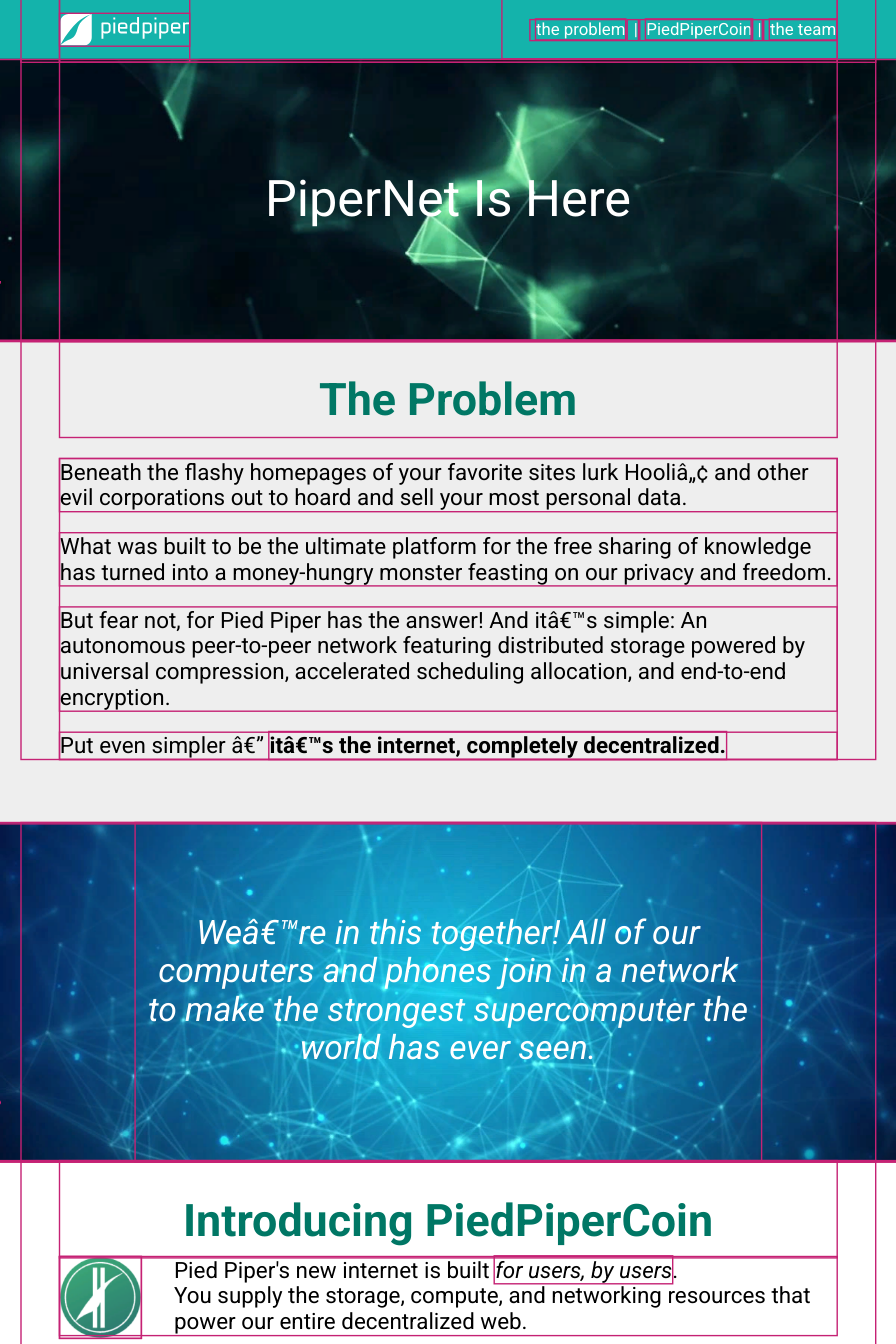
Repository: armus503/Pip_Piper
Page: Pip_Piper.html
These files come from the project's save history. The page is drawn as it stood at one moment and after the next save; the edit follows.
The browser window is 1280 px wide. The pictures show the part of the page from y = 0 to 1920 px (the page is 3271 px tall), at 70% of full size.

Above is the page before, as saved 2021-07-21 01:19:42.

### Pip_Piper.html
<!DOCTYPE html>
<html lang="en">

<head>
    <link rel="preconnect" href="https://fonts.gstatic.com">
    <link href="https://fonts.googleapis.com/css2?family=Roboto:ital,wght@0,100;0,300;0,400;0,500;0,700;0,900;1,100;1,300;1,400;1,500;1,700;1,900&display=swap" rel="stylesheet">
    <link href="Pip_Piper.css" rel="stylesheet" type="text/css">
    <meta charset: "utf-8">
    <title>PiperNet Is Here</title>
</head>

<body>
    <header class="header">
        <div class="main-content">
            <nav class="header-nav">
                <a class="header__logo" href=""><img src="logo.svg" alt="PiperNet Is Here"></a>
                <ul class="header__list">
                    <li class="header__item">
                        <a href="#anchor-the_Problem" class="header__active">the problem</a>
                    </li>
                    <li class="header__item">|</li>
                    <li class="header__item">
                        <a href="#anchor-pied_Piper_Coin" class="header__active">PiedPiperCoin</a>
                        <li class="header__item">|</li>
                        <li class="header__item">
                            <a href="#anchor-the_Team" class="header__active">the team</a>
                        </li>
                    </li>
                </ul>
            </nav>
        </div>
    </header>
    <main class="main">
        <section id="anchor-logo" class="jumbotron">
            <div class="main-content">
                <div class="text-jumbotron">PiperNet Is Here</div>
            </div>
        </section>
        <div class="anchor">
            <a id="anchor-the_Problem" class="anchor__link"></a>
        </div>
        <section class="the_Problem">
            <div class="main-content">
                <h2 class="title-the_Problem">The Problem</h2>
                <div class="text-the_Problem">
                    <p>Beneath the flashy homepages of your favorite sites lurk Hooli™ and other evil corporations out to hoard and sell your most personal data.</p>
                    <p>What was built to be the ultimate platform for the free sharing of knowledge has turned into a money-hungry monster feasting on our privacy and freedom.</p>
                    <p>But fear not, for Pied Piper has the answer! And it’s simple: An autonomous peer-to-peer network featuring distributed storage powered by universal compression, accelerated scheduling allocation, and end-to-end encryption.</p>
                    <p>Put even simpler — <strong>it’s the internet, completely decentralized.</strong></p>
                </div>
            </div>
        </section>

        <section class="hero">
            <div class="main-content">
                <div class="text-hero">We’re in this together! All of our</br> computers and phones join in a network</br> to make the strongest supercomputer the world has ever seen.</div>
            </div>
        </section>
        <div class="anchor">
            <a id="anchor-pied_Piper_Coin" class="anchor__link"></a>
        </div>
        <section class="pied_Piper_Coin">
            <div class="main-content">
                <h2 class="title-pied_Piper_Coin">Introducing PiedPiperCoin</h2>
                <a href="#anchor-logo" class="pied_Piper_Coin__logo__link">
                    <img src="PPC Logo.png" class="pied_Piper_Coin__logo__img" alt="PPC Logo">
                </a>
                <div class="paragraph_1-pied_Piper_Coin">Pied Piper's new internet is built <i>for users, by users</i>.</br> You supply the storage, compute, and networking resources that power our entire decentralized web.</div>
                <div class="paragraph_2-pied_Piper_Coin">
                    <p>Now there's a way to give credit where credit is due. Compute credit, that is! The more you share your device resources, the more PiedPiperCoin you receive.</p>
                    <p>Whether you're a developer with an app ready for market, or just an Average Joe with a smartphone you'll love all you can do with PiedPiperCoin.</p>
                </div>
            </div>
        </section>
        <div class="anchor">
            <a id="anchor-the_Team" class="anchor__link"></a>
        </div>
        <section class="the_Team">
            <div class="main-content">
                <h2 class="the_Team__header">The Team</h2>
                <div class="block-card-the_Team">
                    <div class="card-the_Team__Richard_Hendrics card-the_Team">
                        <div class="card-the_Team__icon">
                            <img src="Richard_Hendrics.png">
                        </div>
                        <div class="card-the_Team__name">Richard Hendricks</div>
                        <div class="card-the_Team__post">Founder & CEO</div>
                    </div>
                    <div class="card-the_Team__Dinesh_Chugtai card-the_Team">
                        <div class="card-the_Team__icon">
                            <img src="Dinesh_Chugtai.png">
                        </div>
                        <div class="card-the_Team__name">Dinesh Chugtai</div>
                        <div class="card-the_Team__post">Senior Programmer</div>
                    </div>
                    <div class="card-the_Team__Bertram_Gilfoyle card-the_Team">
                        <div class="card-the_Team__icon">
                            <img src="Bertram_Gilfoyle.png">
                        </div>
                        <div class="card-the_Team__name">Bertram Gilfoyle</div>
                        <div class="card-the_Team__post">Chief Systems Architect</div>
                    </div>
                    <div class="card-the_Team__Jared_Dunn card-the_Team">
                        <div class="card-the_Team__icon">
                            <img src="Jared_Dunn.png">
                        </div>
                        <div class="card-the_Team__name">Jared Dunn</div>
                        <div class="card-the_Team__post">Chief Operating Officer</div>
                    </div>
                    <div class="card-the_Team__Monica_Hall card-the_Team">
                        <div class="card-the_Team__icon">
                            <img src="Monica_Hall.png">
                        </div>
                        <div class="card-the_Team__name">Monica Hall</div>
                        <div class="card-the_Team__post">Chief Financial Officer</div>
                    </div>
                    <div class="card-the_Team__Nelson_Bighetti card-the_Team">
                        <div class="card-the_Team__icon">
                            <img src="Nelson_Bighetti.png">
                        </div>
                        <div class="card-the_Team__name">Nelson Bighetti</div>
                        <div class="card-the_Team__post">Majority Investor</div>
                    </div>
                </div>
            </div>
        </section>
        </div>
    </main>
    <footer class="footer">
        <div class="main-content">
            <div class="text-footer">All other trademarks and copyrights are the property of their respective owners. Use of these names, trademarks and brands does not imply endorsement.</div>
        </div>
    </footer>
</body>

### Pip_Piper.css
/*! normalize.css v8.0.1 | MIT License | github.com/necolas/normalize.css */


/* Document
   ========================================================================== */


/**
 * 1. Correct the line height in all browsers.
 * 2. Prevent adjustments of font size after orientation changes in iOS.
 */

html {
    line-height: 1.15;
    /* 1 */
    -webkit-text-size-adjust: 100%;
    /* 2 */
}


/* Sections
     ========================================================================== */


/**
   * Remove the margin in all browsers.
   */

body {
    margin: 0;
}


/**
   * Render the `main` element consistently in IE.
   */

main {
    display: block;
}


/**
   * Correct the font size and margin on `h1` elements within `section` and
   * `article` contexts in Chrome, Firefox, and Safari.
   */

h1 {
    font-size: 2em;
    margin: 0.67em 0;
}


/* Grouping content
     ========================================================================== */


/**
   * 1. Add the correct box sizing in Firefox.
   * 2. Show the overflow in Edge and IE.
   */

hr {
    box-sizing: content-box;
    /* 1 */
    height: 0;
    /* 1 */
    overflow: visible;
    /* 2 */
}


/**
   * 1. Correct the inheritance and scaling of font size in all browsers.
   * 2. Correct the odd `em` font sizing in all browsers.
   */

pre {
    font-family: monospace, monospace;
    /* 1 */
    font-size: 1em;
    /* 2 */
}


/* Text-level semantics
     ========================================================================== */


/**
   * Remove the gray background on active links in IE 10.
   */

a {
    background-color: transparent;
}


/**
   * 1. Remove the bottom border in Chrome 57-
   * 2. Add the correct text decoration in Chrome, Edge, IE, Opera, and Safari.
   */

abbr[title] {
    border-bottom: none;
    /* 1 */
    text-decoration: underline;
    /* 2 */
    text-decoration: underline dotted;
    /* 2 */
}


/**
   * Add the correct font weight in Chrome, Edge, and Safari.
   */

b,
strong {
    font-weight: bolder;
}


/**
   * 1. Correct the inheritance and scaling of font size in all browsers.
   * 2. Correct the odd `em` font sizing in all browsers.
   */

code,
kbd,
samp {
    font-family: monospace, monospace;
    /* 1 */
    font-size: 1em;
    /* 2 */
}


/**
   * Add the correct font size in all browsers.
   */

small {
    font-size: 80%;
}


/**
   * Prevent `sub` and `sup` elements from affecting the line height in
   * all browsers.
   */

sub,
sup {
    font-size: 75%;
    line-height: 0;
    position: relative;
    vertical-align: baseline;
}

sub {
    bottom: -0.25em;
}

sup {
    top: -0.5em;
}


/* Embedded content
     ========================================================================== */


/**
   * Remove the border on images inside links in IE 10.
   */

img {
    border-style: none;
}


/* Forms
     ========================================================================== */


/**
   * 1. Change the font styles in all browsers.
   * 2. Remove the margin in Firefox and Safari.
   */

button,
input,
optgroup,
select,
textarea {
    font-family: inherit;
    /* 1 */
    font-size: 100%;
    /* 1 */
    line-height: 1.15;
    /* 1 */
    margin: 0;
    /* 2 */
}


/**
   * Show the overflow in IE.
   * 1. Show the overflow in Edge.
   */

button,
input {
    /* 1 */
    overflow: visible;
}


/**
   * Remove the inheritance of text transform in Edge, Firefox, and IE.
   * 1. Remove the inheritance of text transform in Firefox.
   */

button,
select {
    /* 1 */
    text-transform: none;
}


/**
   * Correct the inability to style clickable types in iOS and Safari.
   */

button,
[type="button"],
[type="reset"],
[type="submit"] {
    -webkit-appearance: button;
}


/**
   * Remove the inner border and padding in Firefox.
   */

button::-moz-focus-inner,
[type="button"]::-moz-focus-inner,
[type="reset"]::-moz-focus-inner,
[type="submit"]::-moz-focus-inner {
    border-style: none;
    padding: 0;
}


/**
   * Restore the focus styles unset by the previous rule.
   */

button:-moz-focusring,
[type="button"]:-moz-focusring,
[type="reset"]:-moz-focusring,
[type="submit"]:-moz-focusring {
    outline: 1px dotted ButtonText;
}


/**
   * Correct the padding in Firefox.
   */

fieldset {
    padding: 0.35em 0.75em 0.625em;
}


/**
   * 1. Correct the text wrapping in Edge and IE.
   * 2. Correct the color inheritance from `fieldset` elements in IE.
   * 3. Remove the padding so developers are not caught out when they zero out
   *    `fieldset` elements in all browsers.
   */

legend {
    box-sizing: border-box;
    /* 1 */
    color: inherit;
    /* 2 */
    display: table;
    /* 1 */
    max-width: 100%;
    /* 1 */
    padding: 0;
    /* 3 */
    white-space: normal;
    /* 1 */
}


/**
   * Add the correct vertical alignment in Chrome, Firefox, and Opera.
   */

progress {
    vertical-align: baseline;
}


/**
   * Remove the default vertical scrollbar in IE 10+.
   */

textarea {
    overflow: auto;
}


/**
   * 1. Add the correct box sizing in IE 10.
   * 2. Remove the padding in IE 10.
   */

[type="checkbox"],
[type="radio"] {
    box-sizing: border-box;
    /* 1 */
    padding: 0;
    /* 2 */
}


/**
   * Correct the cursor style of increment and decrement buttons in Chrome.
   */

[type="number"]::-webkit-inner-spin-button,
[type="number"]::-webkit-outer-spin-button {
    height: auto;
}


/**
   * 1. Correct the odd appearance in Chrome and Safari.
   * 2. Correct the outline style in Safari.
   */

[type="search"] {
    -webkit-appearance: textfield;
    /* 1 */
    outline-offset: -2px;
    /* 2 */
}


/**
   * Remove the inner padding in Chrome and Safari on macOS.
   */

[type="search"]::-webkit-search-decoration {
    -webkit-appearance: none;
}


/**
   * 1. Correct the inability to style clickable types in iOS and Safari.
   * 2. Change font properties to `inherit` in Safari.
   */

::-webkit-file-upload-button {
    -webkit-appearance: button;
    /* 1 */
    font: inherit;
    /* 2 */
}


/* Interactive
     ========================================================================== */


/*
   * Add the correct display in Edge, IE 10+, and Firefox.
   */

details {
    display: block;
}


/*
   * Add the correct display in all browsers.
   */

summary {
    display: list-item;
}


/* Misc
     ========================================================================== */


/**
   * Add the correct display in IE 10+.
   */

template {
    display: none;
}


/**
   * Add the correct display in IE 10.
   */

[hidden] {
    display: none;
}


/*My styles*/

html {
    width: 100vw;
}

.body {
    font-family: 'Roboto', sans-serif;
    font-size: 32px;
    line-height: 1.2;
    font-weight: regular;
    color: #000000;
    background-size: cover;
    background-position: center center;
    box-sizing: border-box;
    margin: 0, auto;
    width: 100%;
}

.main {
    background-size: cover;
    background-position: center center;
    margin: 0, auto;
    box-sizing: border-box;
    width: 100%;
}

.main-content {
    width: 1219px;
    padding-left: 55px;
    padding-right: 55px;
    background-size: cover;
    background-position: center center;
    margin: auto;
    box-sizing: border-box;
}

.anchor {
    position: relative;
}

.anchor__link {
    position: absolute;
    display: block;
    top: -84px;
}


/*header styles start*/

.header {
    font-family: 'Roboto', sans-serif;
    background-color: #14b3ab;
    position: fixed;
    height: 84px;
    width: 100%;
    font-style: medium;
}

.header__logo {
    display: inline-block;
    padding-top: 20px;
    padding-bottom: 19px;
    margin: 0, auto;
}

.header-nav {
    display: inline-block;
    width: 1109px;
}

.header__list {
    display: inline-block;
    float: right;
    padding-top: 29px;
    padding-bottom: 26px;
    margin: 0;
}

.header__item {
    list-style-type: none;
    display: inline-block;
    font-size: 24px;
    color: white;
    font-weight: medium;
    padding-left: 8px;
}

.header__active {
    text-decoration: none;
    color: white;
    font-weight: medium;
}


/*header styles end*/


/*section jumbotron styles start*/

.jumbotron {
    background-image: url("image(1).png");
    background-size: auto 100%;
    background-position: center center;
    margin: 0, auto;
    box-sizing: border-box;
    font-family: 'Roboto', sans-serif;
    min-width: 100%;
}

.text-jumbotron {
    color: #ffffff;
    font-weight: medium;
    font-size: 72px;
    text-align: center;
    padding-top: 244px;
    padding-bottom: 160px;
    max-width: 1219px;
}


/*section jumbotron styles end*/


/*div the problem styles start*/

.the_Problem {
    font-family: 'Roboto', sans-serif;
    background-color: #eeeeee;
    box-sizing: border-box;
    background-size: cover;
    background-position: center center;
    padding-bottom: 1px;
    margin: auto;
}

.title-the_Problem {
    font-weight: medium;
    font-size: 64px;
    color: #007765;
    text-align: center;
    padding: 48px 0px 16px 0px;
    margin: auto;
}

.text-the_Problem {
    font-weight: regular;
    font-size: 32px;
    color: #000000;
    margin-bottom: 91px;
}


/*div the problem styles end*/


/*div hero styles start*/

.hero {
    font-family: 'Roboto', sans-serif;
    background-image: url("image.png");
    background-size: cover;
    background-position: center center;
    margin: 0, auto;
    max-width: 100%;
    box-sizing: border-box;
}

.text-hero {
    font-weight: medium;
    font-style: italic;
    font-size: 48px;
    color: #ffffff;
    text-align: center;
    width: 893px;
    height: 228px;
    padding-top: 128px;
    padding-bottom: 127px;
    margin: auto;
}


/*div hero styles end*/


/*div ppc styles start*/

.pied_Piper_Coin {
    font-family: 'Roboto', sans-serif;
    background-size: cover;
    background-position: center center;
    margin: auto;
}

.title-pied_Piper_Coin {
    font-weight: medium;
    font-size: 64px;
    color: #007765;
    text-align: center;
    padding: 48px 0px 16px 0px;
    margin: auto;
}

.paragraph_1-pied_Piper_Coin {
    font-weight: regular;
    font-size: 32px;
    color: #000000;
    text-align: left;
    margin-bottom: 40px;
}

.paragraph_2-pied_Piper_Coin {
    font-weight: regular;
    font-size: 32px;
    color: #000000;
    text-align: left;
    margin-bottom: 92px;
}

.pied_Piper_Coin__logo__img {
    float: left;
    margin-right: 48px;
    margin-bottom: 33px;
    width: 115px;
    height: 115px;
}


/*div ppc styles end*/


/*div theTeam styles start*/

.the_Team {
    background-size: cover;
    background-position: center center;
    box-sizing: border-box;
    font-family: 'Roboto', sans-serif;
    background-color: #eeeeee;
    padding-bottom: 1px;
    margin: auto;
}

.the_Team__header {
    font-weight: medium;
    font-size: 64px;
    color: #007765;
    text-align: center;
    padding: 48px 0px 32px 0px;
    margin-bottom: 32px;
    margin: auto;
}

.card-the_Team {
    display: inline-block;
    padding-bottom: 28px;
    margin: 0, auto;
    box-sizing: border-box;
}

.card-the_Team__Richard_Hendrics,
.card-the_Team__Dinesh_Chugtai {
    display: inline-block;
    margin-bottom: 30px;
    margin-right: 25px;
}

.card-the_Team__Bertram_Gilfoyle {
    display: inline-block;
    margin-bottom: 30px;
}

.card-the_Team__Jared_Dunn,
.card-the_Team__Monica_Hall {
    display: inline-block;
    margin-right: 25px;
}

.card-the_Team__Nelson_Bighetti {
    display: inline-block;
}

.card-the_Team__icon {
    width: 168px;
    height: 168px;
    margin: auto;
    padding: 24px 91px 14px 91px;
}

.card-the_Team__name {
    font-weight: bold;
    font-size: 24px;
    color: #007765;
    text-align: center;
}

.card-the_Team__post {
    font-style: italic;
    font-size: 18px;
    color: #000000;
    text-align: center;
    margin: 0px;
}

.block-card-the_Team {
    margin-bottom: 93px;
}


/*div the_team styles end*/


/*footer styles start*/

.footer {
    font-family: 'Roboto', sans-serif;
    background-color: #333333;
    background-size: cover;
    background-position: center center;
    margin: 0, auto;
    padding-top: 50px;
    padding-bottom: 1px;
    box-sizing: border-box;
    width: 100%;
}

.text-footer {
    font-weight: regular;
    font-size: 18px;
    color: #ffffff;
    text-align: center;
    max-width: 540px;
    margin: auto;
    margin-bottom: 61px;
}


/*footer styles end*/

* {
    outline: 2px solid rgb(197, 34, 116);
}

After the next save:
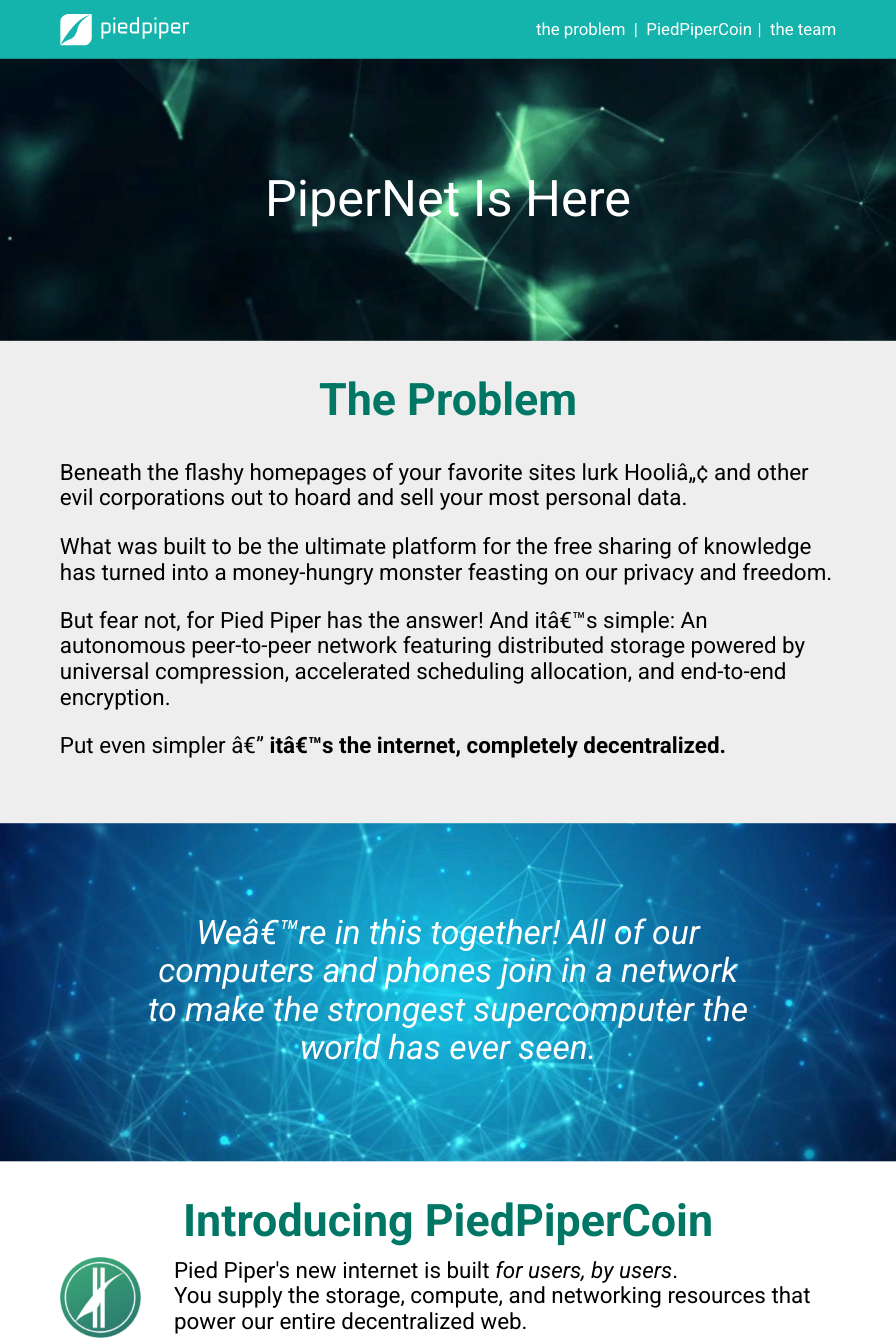
Saved 75 s later.
--- a/Pip_Piper.css
+++ b/Pip_Piper.css
@@ -758,6 +758,7 @@
 
 /*footer styles end*/
 
-* {
+
+/*{
     outline: 2px solid rgb(197, 34, 116);
-}
+}*/
